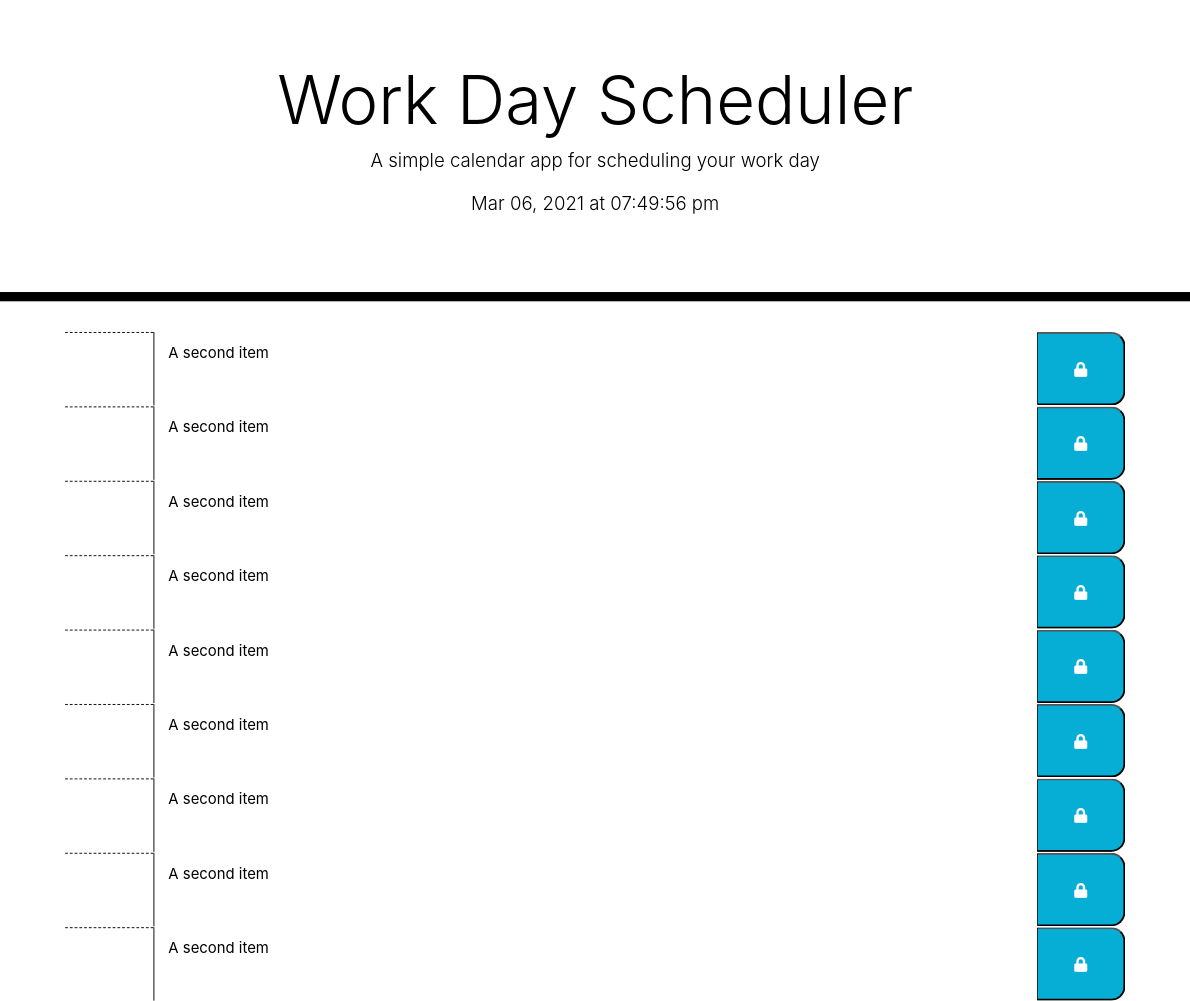
Repository: ziffoit/Work-Day_Scheduler
Page: Develop/index.html
These files come from the project's save history. The page is drawn as it stood at one moment and after the next save; the edit follows.
The browser window is 1280 px wide. The pictures show the whole page, at 93% of full size.
Some web libraries are served in a nearby version.

Above is the page before, as saved 2021-03-17 19:41:41.

### Develop/index.html
<!DOCTYPE html>
<html lang="en">
  <head>
    <meta charset="UTF-8" />
    <meta name="viewport" content="width=device-width, initial-scale=1.0" />
    <meta http-equiv="X-UA-Compatible" content="ie=edge" />
    <link
      rel="stylesheet"
      href="https://stackpath.bootstrapcdn.com/bootstrap/4.3.1/css/bootstrap.min.css"
    />
    <link
      rel="stylesheet"
      href="https://use.fontawesome.com/releases/v5.8.1/css/all.css"
      integrity="sha384-50oBUHEmvpQ+1lW4y57PTFmhCaXp0ML5d60M1M7uH2+nqUivzIebhndOJK28anvf"
      crossorigin="anonymous"
    />
    <link
      href="https://fonts.googleapis.com/css?family=Open+Sans&display=swap"
      rel="stylesheet"
    />
    <link rel="stylesheet" href="style.css" />
    <title>Work Day Scheduler</title>
  </head>

  <body>
    <header class="jumbotron">
      <h1 class="display-3">Work Day Scheduler</h1>
      <p class="lead">A simple calendar app for scheduling your work day</p>
      <p id="currentDay" class="lead"></p>
    </header>
    <div class="container">
      <div class="row time-block" id="schedule">
        <hourbody class="col-1 hour"></hourbody>
        <textarea class="col-10 description">A second item</textarea>
        <button class="col-1 saveBtn"><i class="fas fa-lock"></i></button>
      </div>
      <div class="row time-block" id="schedule">
        <hourbody class="col-1 hour"></hourbody>
        <textarea class="col-10 description">A second item</textarea>
        <button class="col-1 saveBtn"><i class="fas fa-lock"></i></button>
      </div>
      <div class="row time-block" id="schedule">
        <hourbody class="col-1 hour"></hourbody>
        <textarea class="col-10 description">A second item</textarea>
        <button class="col-1 saveBtn"><i class="fas fa-lock"></i></button>
      </div>
      <div class="row time-block" id="schedule">
        <hourbody class="col-1 hour"></hourbody>
        <textarea class="col-10 description">A second item</textarea>
        <button class="col-1 saveBtn"><i class="fas fa-lock"></i></button>
      </div>
      <div class="row time-block" id="schedule">
        <hourbody class="col-1 hour"></hourbody>
        <textarea class="col-10 description">A second item</textarea>
        <button class="col-1 saveBtn"><i class="fas fa-lock"></i></button>
      </div>
      <div class="row time-block" id="schedule">
        <hourbody class="col-1 hour"></hourbody>
        <textarea class="col-10 description">A second item</textarea>
        <button class="col-1 saveBtn"><i class="fas fa-lock"></i></button>
      </div>
      <div class="row time-block" id="schedule">
        <hourbody class="col-1 hour"></hourbody>
        <textarea class="col-10 description">A second item</textarea>
        <button class="col-1 saveBtn"><i class="fas fa-lock"></i></button>
      </div>
      <div class="row time-block" id="schedule">
        <hourbody class="col-1 hour"></hourbody>
        <textarea class="col-10 description">A second item</textarea>
        <button class="col-1 saveBtn"><i class="fas fa-lock"></i></button>
      </div>
      <div class="row time-block" id="schedule">
        <hourbody class="col-1 hour"></hourbody>
        <textarea class="col-10 description">A second item</textarea>
        <button class="col-1 saveBtn"><i class="fas fa-lock"></i></button>
      </div>

      <!-- Timeblocks go here -->
    </div>

    <script src="https://cdnjs.cloudflare.com/ajax/libs/jquery/3.2.1/jquery.min.js"></script>
    <script src="https://cdnjs.cloudflare.com/ajax/libs/moment.js/2.24.0/moment.min.js"></script>
    <script src="script.js"></script>
  </body>
</html>

### Develop/style.css
hourbody {
  font-family: "Open Sans", sans-serif;
  font-size: 16px;
  line-height: 1;
}

textarea {
  background: transparent;
  border: none;
  resize: none;
  color: #000000;
  border-left: 1px solid black;
  padding: 10px;
}

.jumbotron {
  text-align: center;
  background-color: transparent;
  color: black;
  border-radius: 0;
  border-bottom: 10px solid black;
}

.description {
  white-space: pre-wrap;
}

.time-block {
  text-align: center;
  border-radius: 15px;
}

.row {
  white-space: pre-wrap;
  height: 80px;
  border-top: 1px solid white;
}

.hour {
  background-color: #ffffff;
  color: #000000;
  border-top: 1px dashed #000000;
}

.past {
  background-color: #d3d3d3;
  color: white;
}

.present {
  background-color: #ff6961;
  color: white;
}

.future {
  background-color: #77dd77;
  color: white;
}

.saveBtn {
  border-left: 1px solid black;
  border-top-right-radius: 15px;
  border-bottom-right-radius: 15px;
  background-color: #06aed5;
  color: white;
}

.saveBtn i:hover {
  font-size: 20px;
  transition: all 0.3s ease-in-out;
}

### Develop/script.js
var schedule = $('#schedule')
var currentDay = $('#currentDay')


function dateAndTime() {
    var rightNow = moment().format('MMM DD, YYYY [at] hh:mm:ss a');
    currentDay.text(rightNow);
}

setInterval(dateAndTime, 1000)

After the next save:
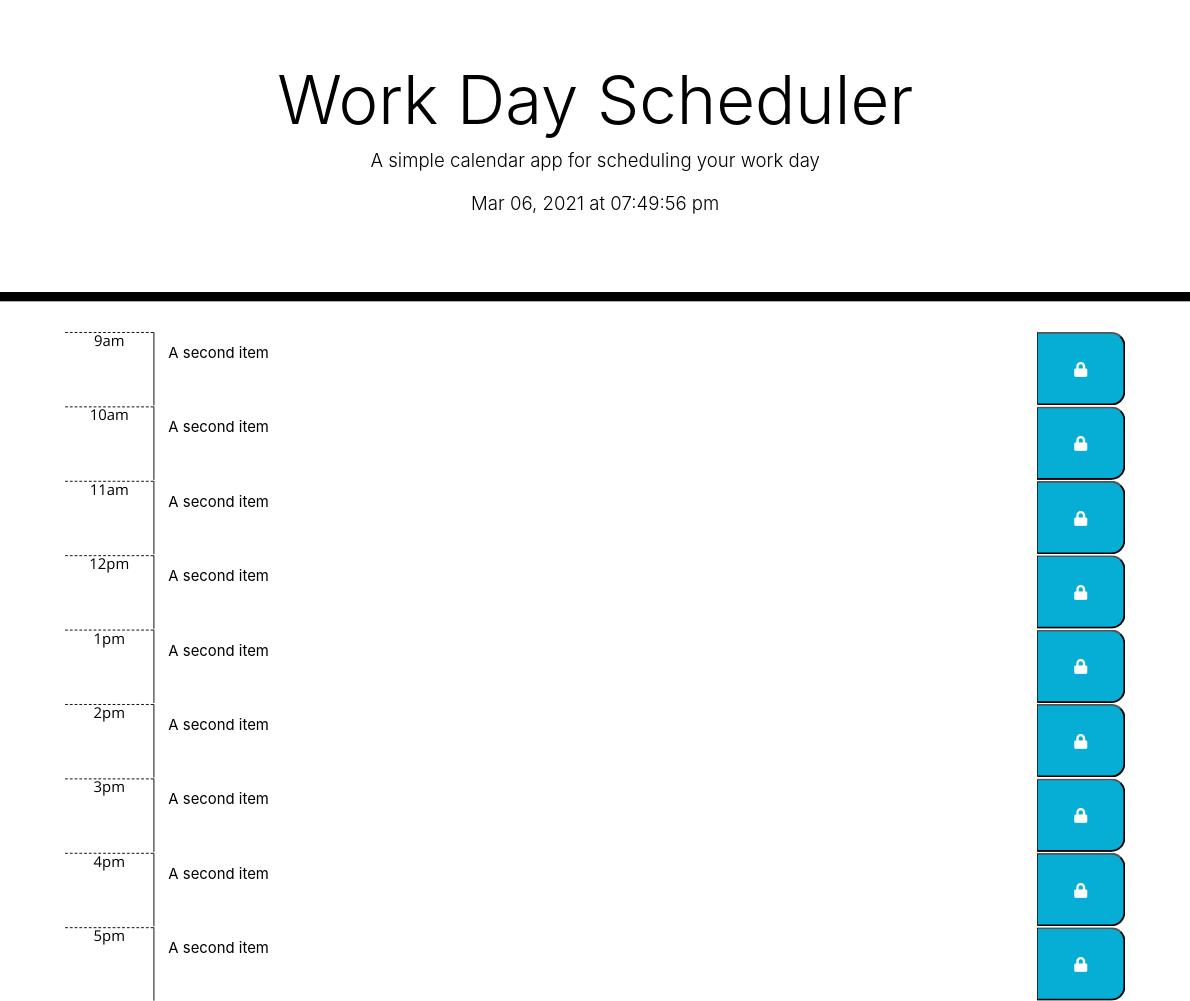
Saved 15 min 23 s later.
--- a/Develop/index.html
+++ b/Develop/index.html
@@ -29,48 +29,48 @@
       <p id="currentDay" class="lead"></p>
     </header>
     <div class="container">
-      <div class="row time-block" id="schedule">
-        <hourbody class="col-1 hour"></hourbody>
+      <div class="row time-block" id="9">
+        <hourbody class="col-1 hour">9am</hourbody>
         <textarea class="col-10 description">A second item</textarea>
         <button class="col-1 saveBtn"><i class="fas fa-lock"></i></button>
       </div>
-      <div class="row time-block" id="schedule">
-        <hourbody class="col-1 hour"></hourbody>
+      <div class="row time-block" id="10">
+        <hourbody class="col-1 hour">10am</hourbody>
         <textarea class="col-10 description">A second item</textarea>
         <button class="col-1 saveBtn"><i class="fas fa-lock"></i></button>
       </div>
-      <div class="row time-block" id="schedule">
-        <hourbody class="col-1 hour"></hourbody>
+      <div class="row time-block" id="11">
+        <hourbody class="col-1 hour">11am</hourbody>
         <textarea class="col-10 description">A second item</textarea>
         <button class="col-1 saveBtn"><i class="fas fa-lock"></i></button>
       </div>
-      <div class="row time-block" id="schedule">
-        <hourbody class="col-1 hour"></hourbody>
+      <div class="row time-block" id="12">
+        <hourbody class="col-1 hour">12pm</hourbody>
         <textarea class="col-10 description">A second item</textarea>
         <button class="col-1 saveBtn"><i class="fas fa-lock"></i></button>
       </div>
-      <div class="row time-block" id="schedule">
-        <hourbody class="col-1 hour"></hourbody>
+      <div class="row time-block" id="13">
+        <hourbody class="col-1 hour">1pm</hourbody>
         <textarea class="col-10 description">A second item</textarea>
         <button class="col-1 saveBtn"><i class="fas fa-lock"></i></button>
       </div>
-      <div class="row time-block" id="schedule">
-        <hourbody class="col-1 hour"></hourbody>
+      <div class="row time-block" id="14">
+        <hourbody class="col-1 hour">2pm</hourbody>
         <textarea class="col-10 description">A second item</textarea>
         <button class="col-1 saveBtn"><i class="fas fa-lock"></i></button>
       </div>
-      <div class="row time-block" id="schedule">
-        <hourbody class="col-1 hour"></hourbody>
+      <div class="row time-block" id="15">
+        <hourbody class="col-1 hour">3pm</hourbody>
         <textarea class="col-10 description">A second item</textarea>
         <button class="col-1 saveBtn"><i class="fas fa-lock"></i></button>
       </div>
-      <div class="row time-block" id="schedule">
-        <hourbody class="col-1 hour"></hourbody>
+      <div class="row time-block" id="16">
+        <hourbody class="col-1 hour">4pm</hourbody>
         <textarea class="col-10 description">A second item</textarea>
         <button class="col-1 saveBtn"><i class="fas fa-lock"></i></button>
       </div>
-      <div class="row time-block" id="schedule">
-        <hourbody class="col-1 hour"></hourbody>
+      <div class="row time-block" id="17">
+        <hourbody class="col-1 hour">5pm</hourbody>
         <textarea class="col-10 description">A second item</textarea>
         <button class="col-1 saveBtn"><i class="fas fa-lock"></i></button>
       </div>
